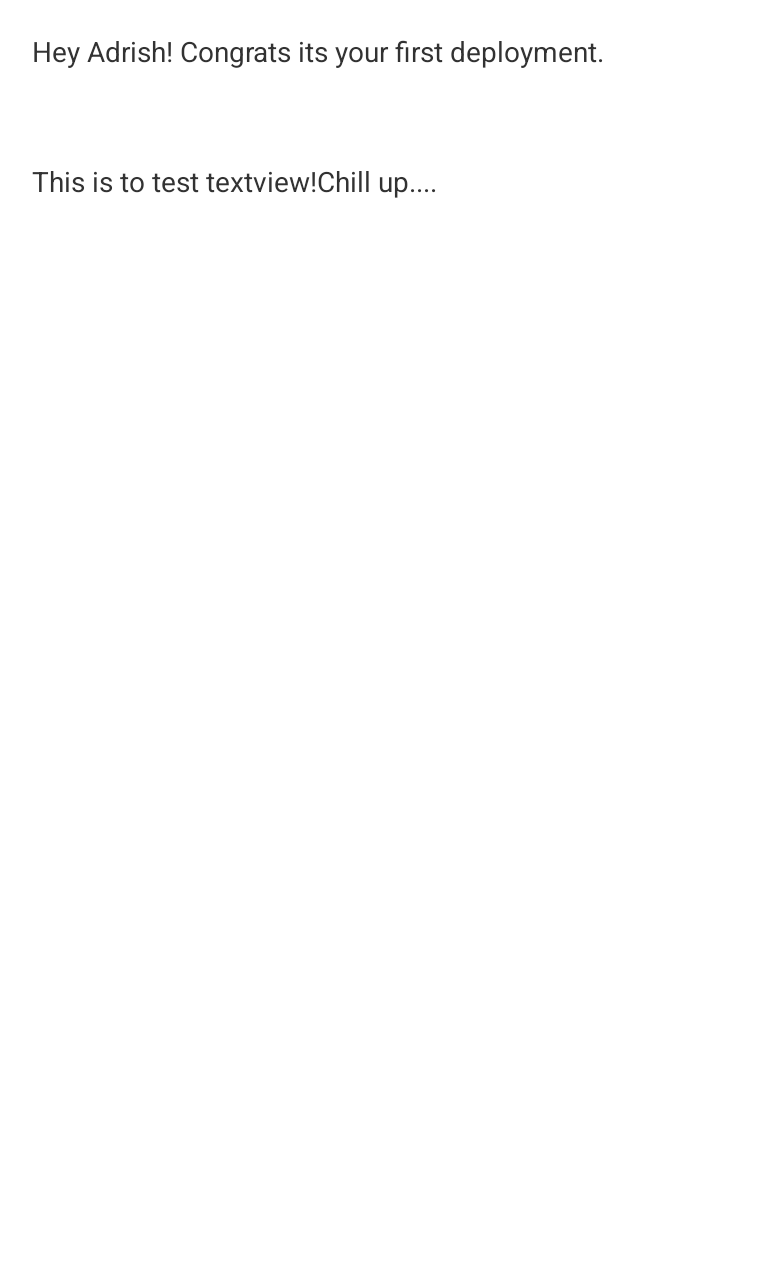
Repository: adrish00/android_learning
Layout: Demo000Ex1MyFirstAppEx/res/layout/activity_corp_activity_one.xml
The author's editor kept a copy of each file at every save. The layout is drawn from the files as they stood at one save, then again after the next save.
It is drawn on a 768 x 1280 px phone screen (xhdpi) without system bars, with theme AppTheme; the app's code is not run.

Above is the layout before, as saved 2015-09-04 21:43:32.

### Demo000Ex1MyFirstAppEx/res/layout/activity_corp_activity_one.xml
<RelativeLayout xmlns:android="http://schemas.android.com/apk/res/android"
    xmlns:tools="http://schemas.android.com/tools"
    android:id="@+id/txV_1"
    android:layout_width="wrap_content"
    android:layout_height="match_parent"
    android:paddingBottom="@dimen/activity_vertical_margin"
    android:paddingLeft="@dimen/activity_horizontal_margin"
    android:paddingRight="@dimen/activity_horizontal_margin"
    android:paddingTop="@dimen/activity_vertical_margin"
    tools:context="in.adrish.corp.ex1myfirstappex.CorpActivityOne" >

    <TextView
        android:id="@+id/textView2"
        android:layout_width="wrap_content"
        android:layout_height="wrap_content"
        android:text="@string/hello_adrish" />

    <GridLayout
        android:id="@+id/grd_1"
        android:layout_width="wrap_content"
        android:layout_height="wrap_content"
        android:layout_below="@+id/textView2"
        android:layout_marginTop="46dp" >


            <TextView
                android:id="@+id/textView1"
                android:layout_width="wrap_content"
                android:layout_height="wrap_content"
                android:text="@string/textViewText" />
    </GridLayout>

</RelativeLayout>

### Demo000Ex1MyFirstAppEx/res/values/strings.xml
<?xml version="1.0" encoding="utf-8"?>
<resources>

    <string name="app_name">Ex1MyFirstAppEx</string>
    <string name="hello_world">Hello world!</string>
    <string name="action_settings">Settings</string>
    <string name="hello_adrish">Hey Adrish! Congrats its your first deployment.</string>
    <string name="textViewText">This is to test textview!Chill up....</string>

</resources>

Loaded but not shown: Demo000Ex1MyFirstAppEx/res/values/styles.xml (common file); Demo000Ex1MyFirstAppEx/res/values-v11/styles.xml (common file); Demo000Ex1MyFirstAppEx/res/values-v14/styles.xml (common file); Demo000Ex1MyFirstAppEx/res/values/dimens.xml (common file); Demo000Ex1MyFirstAppEx/res/values-w820dp/dimens.xml (common file)

After the next save:
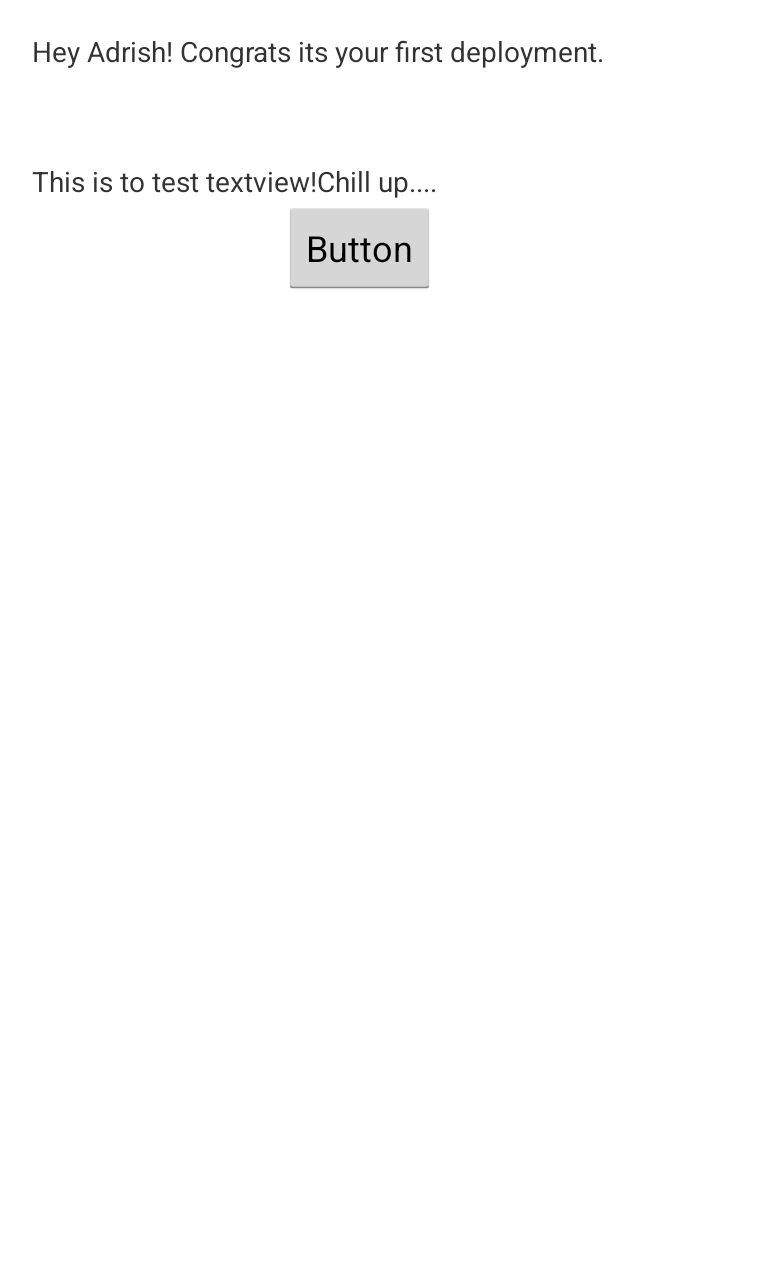
Saved 19 s later.
--- a/Demo000Ex1MyFirstAppEx/res/layout/activity_corp_activity_one.xml
+++ b/Demo000Ex1MyFirstAppEx/res/layout/activity_corp_activity_one.xml
@@ -20,14 +20,21 @@
         android:layout_width="wrap_content"
         android:layout_height="wrap_content"
         android:layout_below="@+id/textView2"
-        android:layout_marginTop="46dp" >
+        android:layout_marginTop="46dp"
+        android:columnCount="1" >
 
+        <TextView
+            android:id="@+id/textView1"
+            android:layout_width="wrap_content"
+            android:layout_height="wrap_content"
+            android:text="@string/textViewText" />
 
-            <TextView
-                android:id="@+id/textView1"
-                android:layout_width="wrap_content"
-                android:layout_height="wrap_content"
-                android:text="@string/textViewText" />
+        <Button
+            android:id="@+id/button1"
+            android:layout_column="0"
+            android:layout_gravity="right|top"
+            android:layout_row="1"
+            android:text="Button" />
     </GridLayout>
 
 </RelativeLayout>
